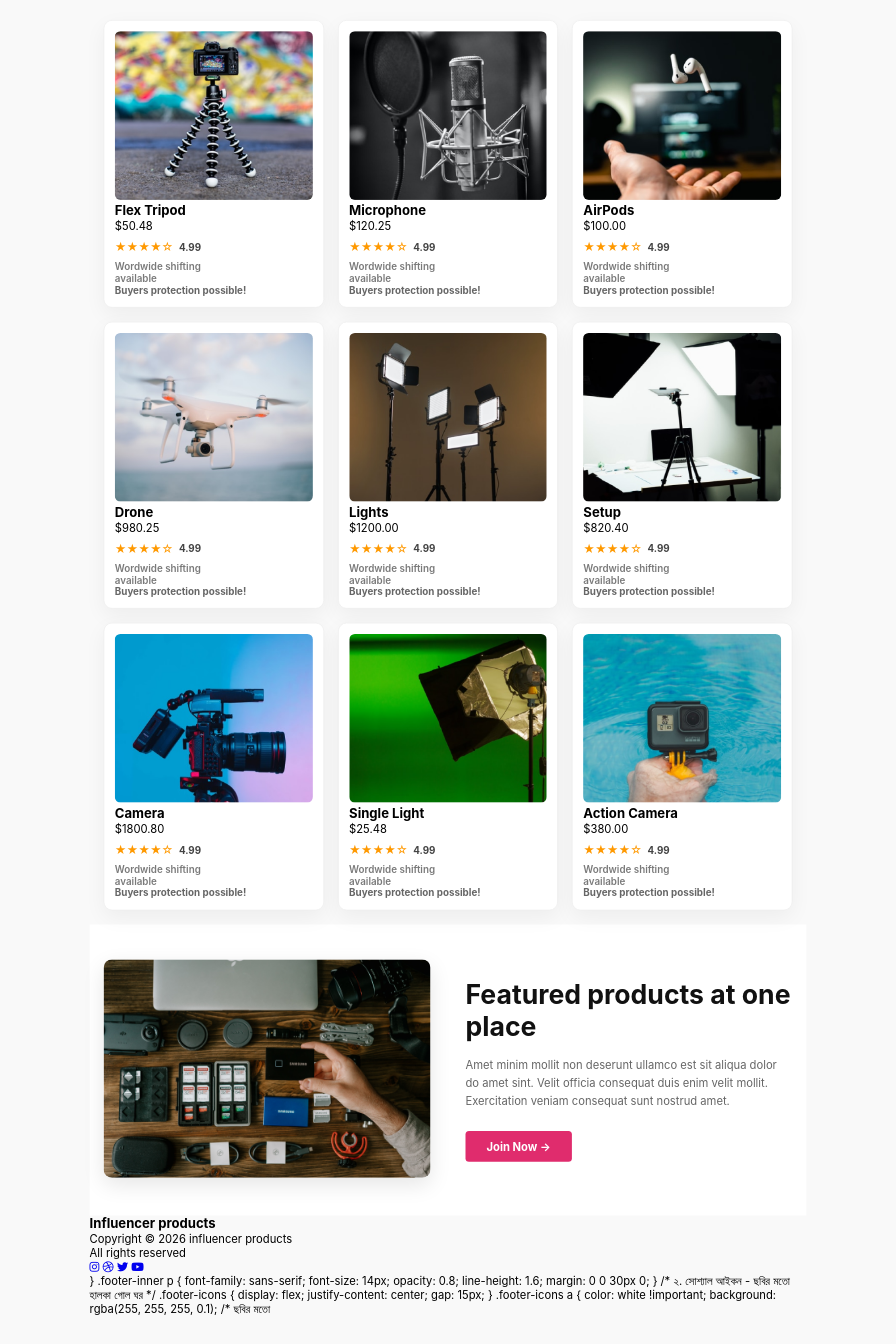
Repository: Saiful21Islam/Influencer-products
Page: it.html
The author's editor kept a copy of each file at every save. The page is drawn from the files as they stood at one save, then again after the next save.
The browser window is 1280 px wide. The pictures show the part of the page from y = 991 to 2911 px (the page is 2911 px tall before and 2871 px after), at 70% of full size.

Above is the page before, as saved 2026-03-11 12:16:13.

### it.html
<!DOCTYPE html>
<html lang="en">

<head>
    <meta charset="UTF-8">
    <meta name="viewport" content="width=device-width, initial-scale=1.0">
    <title>Influencer Products</title>
    <link rel="stylesheet" href="style.css">
    <link rel="stylesheet" href="https://cdnjs.cloudflare.com/ajax/libs/font-awesome/6.0.0/css/all.min.css">
</head>
<style>
    * {
        margin: 0;
        padding: 0;
        box-sizing: border-box;
        font-family: 'Inter', sans-serif;
    }

    body {
        background-color: #f9f9f9;
        padding: 40px 10%;
    }

    .product-grid {
        display: grid;
        grid-template-columns: repeat(3, 1fr);
        gap: 30px;
    }

    .product-card {
        background: #fff;
        padding: 15px;
        border-radius: 12px;
        text-align: left;
        box-shadow: 0 10px 30px rgba(0, 0, 0, 0.05);
        transition: 0.3s;
    }

    .product-card:hover {
        transform: translateY(-5px);
    }

    .thumbnail {
        width: 100%;
        height: auto;
        border-radius: 8px;
        overflow: hidden;
        margin-bottom: 15px;
    }

    .thumbnail img {
        width: 100%;
        height: 100%;
        object-fit: cover;
    }

    .card-content h3 {
        font-size: 22px;
        color: #3A3A3A;
        margin-bottom: 5px;
    }

    .price {
        font-size: 20px;
        font-weight: 500;
        margin-bottom: 10px;
    }

    .rating {
        display: flex;
        align-items: center;
        gap: 5px;
        margin-bottom: 10px;
    }

    .rating i {
        color: #FF9800;
        font-size: 14px;
    }

    .rating-number {
        color: #787885;
        font-size: 14px;
    }

    .desc {
        color: #787885;
        font-size: 14px;
        line-height: 1.5;
    }

    @media (max-width: 768px) {
        .product-grid {

            grid-template-columns: repeat(1, 1fr);
        }
    }
</style>

<body>

    <nav class="navbar">
        <a href="#" class="logo">Influencer products</a>
        <ul class="nav-links">
            <li><a href="#">Home</a></li>
            <li><a href="#">Products</a></li>
            <li><a href="#">Sign up</a></li>
            <li><a href="#">Log In</a></li>
            <div class="nav-icons">
                <i class="fa-solid fa-magnifying-glass"></i>
                <div class="cart-icon"><i class="fa-solid fa-cart-shopping"></i><span class="cart-dot"></span></div>
            </div>
        </ul>
    </nav>

    <header class="hero">
        <div class="hero-content">
            <h1>Start your Journey as Influencer</h1>
            <p>Lorem ipsum dolor sit amet, consectetur adipiscing elit. Sem vestibulum sed scelerisque eros. Lectus
                faucibus.</p>
            <a href="#" class="btn-pink">Preebook now <i class="fa-solid fa-arrow-right"></i></a>
        </div>
        <div class="hero-image-container">
            <img src="images/Circle design.svg" alt="Circle Background" class="circle-image">

            <img src="images/main-camera.png" alt="Fujifilm Camera" class="camera-image">
        </div>
        </div>
        </div>
    </header>

    <section class="brand-section">
        <div class="logos-container">
            <img src="logos/Alibaba.svg" alt="Brands">
            <img src="logos/amazon.svg" alt="Brands">
            <img src="logos/Daraz.pk Logo.svg" alt="Brands">
            <img src="logos/ebay.svg" alt="Brands">
            <img src="logos/Rakuten.svg" alt="Brands">
            <img src="logos/Target.svg" alt="Brands">
            <img src="logos/Walmart.svg" alt="Brands">
        </div>
    </section>

    <section class="collection-section">
        <h2 class="title">Popular Collection</h2>
        <div class="product-container">
            <div class="product-card">
                <img src="images/tripod.png" alt="Tripod">
                <h3>Flex Tripod</h3>
                <p>$50.48</p>
                <div class="stars">
                    ★★★★☆ <span class="rating-num">4.99</span>
                </div>

                <p class="details">Wordwide shifting</p>
                <p class="details">available</p>
                <p class="details">Buyers protection possible!</p>
            </div>

            <div class="product-card">
                <img src="images/mic.png" alt="Microphone">
                <h3>Microphone</h3>
                <p>$120.25</p>
                <div class="stars">
                    ★★★★☆ <span class="rating-num">4.99</span>
                </div>

                <p class="details">Wordwide shifting</p>
                <p class="details">available</p>
                <p class="details">Buyers protection possible!</p>
            </div>

            <div class="product-card">
                <img src="images/airpod.png" alt="airpod">
                <h3>AirPods</h3>
                <p>$100.00</p>
                <div class="stars">
                    ★★★★☆ <span class="rating-num">4.99</span>
                </div>

                <p class="details">Wordwide shifting</p>
                <p class="details">available</p>
                <p class="details">Buyers protection possible!</p>
            </div>

            <div class="product-card">
                <img src="images/drone.png" alt="drone">
                <h3>Drone</h3>
                <p>$980.25</p>
                <div class="stars">
                    ★★★★☆ <span class="rating-num">4.99</span>
                </div>

                <p class="details">Wordwide shifting</p>
                <p class="details">available</p>
                <p class="details">Buyers protection possible!</p>
            </div>

            <div class="product-card">
                <img src="images/lights.png" alt="Lights">
                <h3>Lights</h3>
                <p>$1200.00</p>
                <div class="stars">
                    ★★★★☆ <span class="rating-num">4.99</span>
                </div>

                <p class="details">Wordwide shifting</p>
                <p class="details">available</p>
                <p class="details">Buyers protection possible!</p>
            </div>

            <div class="product-card">
                <img src="images/setup.png" alt="Setup">
                <h3>Setup</h3>
                <p>$820.40</p>
                <div class="stars">
                    ★★★★☆ <span class="rating-num">4.99</span>
                </div>

                <p class="details">Wordwide shifting</p>
                <p class="details">available</p>
                <p class="details">Buyers protection possible!</p>
            </div>

            <div class="product-card">
                <img src="images/camera.png" alt="Camera">
                <h3>Camera</h3>
                <p>$1800.80</p>
                <div class="stars">
                    ★★★★☆ <span class="rating-num">4.99</span>
                </div>

                <p class="details">Wordwide shifting</p>
                <p class="details">available</p>
                <p class="details">Buyers protection possible!</p>
            </div>

            <div class="product-card">
                <img src="images/single-light.png" alt="Single Light">
                <h3>Single Light</h3>
                <p>$25.48</p>
                <div class="stars">
                    ★★★★☆ <span class="rating-num">4.99</span>
                </div>

                <p class="details">Wordwide shifting</p>
                <p class="details">available</p>
                <p class="details">Buyers protection possible!</p>
            </div>

            <div class="product-card">
                <img src="images/action.png" alt="Action Camera">
                <h3>Action Camera</h3>
                <p>$380.00</p>
                <div class="stars">
                    ★★★★☆ <span class="rating-num">4.99</span>
                </div>

                <p class="details">Wordwide shifting</p>
                <p class="details">available</p>
                <p class="details">Buyers protection possible!</p>
            </div>

        </div>
    </section>
    </section>
    <section class="featured-section">
        <div class="featured-container">
            <div class="featured-image">
                <img src="images/gear.png" alt="Featured Gear">
            </div>

            <div class="featured-content">
                <h2>Featured products at one place</h2>
                <p>Amet minim mollit non deserunt ullamco est sit aliqua dolor do amet sint. Velit officia consequat
                    duis enim velit mollit. Exercitation veniam consequat sunt nostrud amet.</p>
                <a href="#" class="join-btn">Join Now &rarr;</a>
            </div>
        </div>
    </section>

    <footer class="simple-footer">
    <div class="footer-inner">
        <h3>Influencer products</h3>
        <p>Copyright © 2026 influencer products <br> All rights reserved</p>

        <div class="footer-icons">
            <a href="#"><i class="fa-brands fa-instagram"></i></a>
            <a href="#"><i class="fa-brands fa-dribbble"></i></a>
            <a href="#"><i class="fa-brands fa-twitter"></i></a>
            <a href="#"><i class="fa-brands fa-youtube"></i></a>
        </div>
    </div>
</footer>


    }

    .footer-inner p {
        font-family: sans-serif;
        font-size: 14px;
        opacity: 0.8;
        line-height: 1.6;
        margin: 0 0 30px 0;
    }

    /* ২. সোশ্যাল আইকন - ছবির মতো হালকা গোল ঘর */
    .footer-icons {
        display: flex;
        justify-content: center;
        gap: 15px;
    }

    .footer-icons a {
        color: white !important;
        background: rgba(255, 255, 255, 0.1); /* ছবির মতো
</body>

</html>

### style.css
.hero {
    display: flex;
    align-items: center;
    justify-content: space-around;
    padding: 50px 10%;
    background-color: #fff;
    min-height: 80vh;
    flex-wrap: wrap;
}

.hero-content {
    flex: 1;
    min-width: 300px;
}

.hero-content h1 {
    font-size: 52px;
    line-height: 1.2;
    margin-bottom: 20px;
    color: #3A3A3A;
}

.hero-content p {
    font-size: 16px;
    color: #6C6C6C;
    margin-bottom: 30px;
    max-width: 450px;
}

.btn-pink {
    background-color: #E02C6D;
    color: white;
    padding: 12px 25px;
    text-decoration: none;
    border-radius: 50px;
    font-weight: bold;
    display: inline-block;
}

.hero-image-container {
    flex: 1;
    position: relative;
    display: flex;
    justify-content: center;
    align-items: center;
    min-width: 300px;
}

.camera-image {
    width: 100%;
    max-width: 450px;
    position: relative;
    z-index: 2;
}

.circle-image {
    position: absolute;
    width: 110%;
    z-index: 1;
}

@media (max-width: 768px) {
    .hero {
        flex-direction: column-reverse;
        text-align: center;
        padding: 30px 5%;
    }
    .hero-content {
        margin-top: 30px;
    }
    .hero-content h1 {
        font-size: 32px;
    }
    .hero-image-container {
        width: 100%;
    }
    .camera-image {
        max-width: 300px;
    }
}
{
    margin: 0;
    padding: 0;
    box-sizing: border-box;
    font-family: 'Inter', sans-serif;
}

/* Navbar */
.navbar {
    display: flex;
    justify-content: space-between;
    padding: 20px 10%;
    align-items: center;
}
.logo { font-size: 24px; font-weight: bold; color: #3A3A3A; text-decoration: none; }
.nav-links { display: flex; list-style: none; align-items: center; }
.nav-links li { margin-left: 25px; }
.nav-links a { text-decoration: none; color: #3A3A3A; font-weight: 500; }
.nav-icons { display: flex; margin-left: 20px; gap: 20px; font-size: 18px; }

/* Hero */
.hero {
    display: flex;
    padding: 50px 10%;
    align-items: center;
}
.hero-content h1 { font-size: 52px; color: #3A3A3A; margin-bottom: 15px; }
.btn-pink {
    background: #E02C6D;
    color: white;
    padding: 10px 25px;
    border-radius: 50px;
    text-decoration: none;
    display: inline-block;
    margin-top: 20px;
}
.hero-image img { width: 400px; }

/* Brands */
.brand-section {
    padding: 40px 10%;
    border-top: 1px solid #eee;
    border-bottom: 1px solid #eee;
    margin: 50px 0;
}

.logos-container {
    display: flex;
    justify-content: space-between;
    align-items: center;
    flex-wrap: wrap;
}

.logos-container img {
    height: 35px;
    width: auto;
}

.hero-image-container {
    position: relative;
    width: 500px;
    height: 500px;
    display: flex;
    justify-content: center;
    align-items: center;
}

.circle-image {
    position: absolute;
    width: 450px;
    height: auto;
    z-index: 1;
    opacity: 0.8;
}
.camera-image {
    position: relative;
    width: 100%;
    max-width: 480px;
    z-index: 2;
    filter: drop-shadow(0 20px 30px rgba(0,0,0,0.1));
}

.product-container {
  display: flex;
  flex-wrap: wrap;
  gap: 20px;
  justify-content: center;
  padding: 20px;
}

.product-card {
  flex: 1 1 310px;
  max-width: 350px;
  background: #fff;
  border: 1px solid #eee;
  border-radius: 12px;
  padding: 15px;
  box-shadow: 0 5px 15px rgba(0,0,0,0.05);
  transition: transform 0.3s ease;
}

.product-card:hover {
  transform: translateY(-5px);
}

.product-card img {
  width: 100%;
  height: auto;
  border-radius: 8px;
}

@media (max-width: 768px) {
  .product-container {
    gap: 15px;
    padding: 10px;
  }
}

@media (max-width: 480px) {
  .product-card {
    flex: 1 1 100%;
    max-width: 100%;
    margin: 0 auto;
  }
}

.stars {
    display: flex;
    align-items: center;
    color: #FF9900;
    font-size: 16px;
    margin: 10px 0;
}

.star-half {
    position: relative;
    display: inline-block;
    color: #ccc;
}

.star-half::after {
    content: '★';
    position: absolute;
    left: 0;
    top: 0;
    width: 50%;
    overflow: hidden;
    color: #FF9900;
}

.rating-num {
    color: #444;
    font-size: 14px;
    font-weight: bold;
    margin-left: 8px;
}

.details {
    font-size: 14px;
    color: #7a7a7a;
    margin: 0;
    line-height: 1.2;
    font-weight: 600;
}

.details:last-child {
    font-weight: 700;
    color: #666;
}

.title {
    text-align: center;
    font-size: 28px;
    font-weight: 700;
    color: #333;
    margin-bottom: 40px;
}

.featured-section {
    padding: 50px 20px;
    background-color: #fff;
}

.featured-container {
    max-width: 1100px;
    margin: 0 auto;
    display: flex;
    align-items: center;
    gap: 50px;

.featured-image {
    flex: 1;
}

.featured-image img {
    width: 100%;
    border-radius: 12px;
    box-shadow: 0 10px 30px rgba(0,0,0,0.1);
}

.featured-content {
    flex: 1;
}

.featured-content h2 {
    font-size: 38px;
    color: #111;
    margin-bottom: 20px;
}

.featured-content p {
    font-size: 16px;
    color: #666;
    line-height: 1.6;
    margin-bottom: 30px;
}

.join-btn {
    display: inline-block;
    background-color: #E02C6D;
    color: white;
    padding: 12px 30px;
    text-decoration: none;
    font-weight: bold;
    border-radius: 5px;
    transition: 0.3s;
}

.join-btn:hover {
    background-color: #c2255c;
}

@media (max-width: 768px) {
    .featured-container {
        flex-direction: column;
        text-align: center;
        gap: 30px;
    }
    .featured-content h2 {
        font-size: 28px;
    }
}

After the next save:
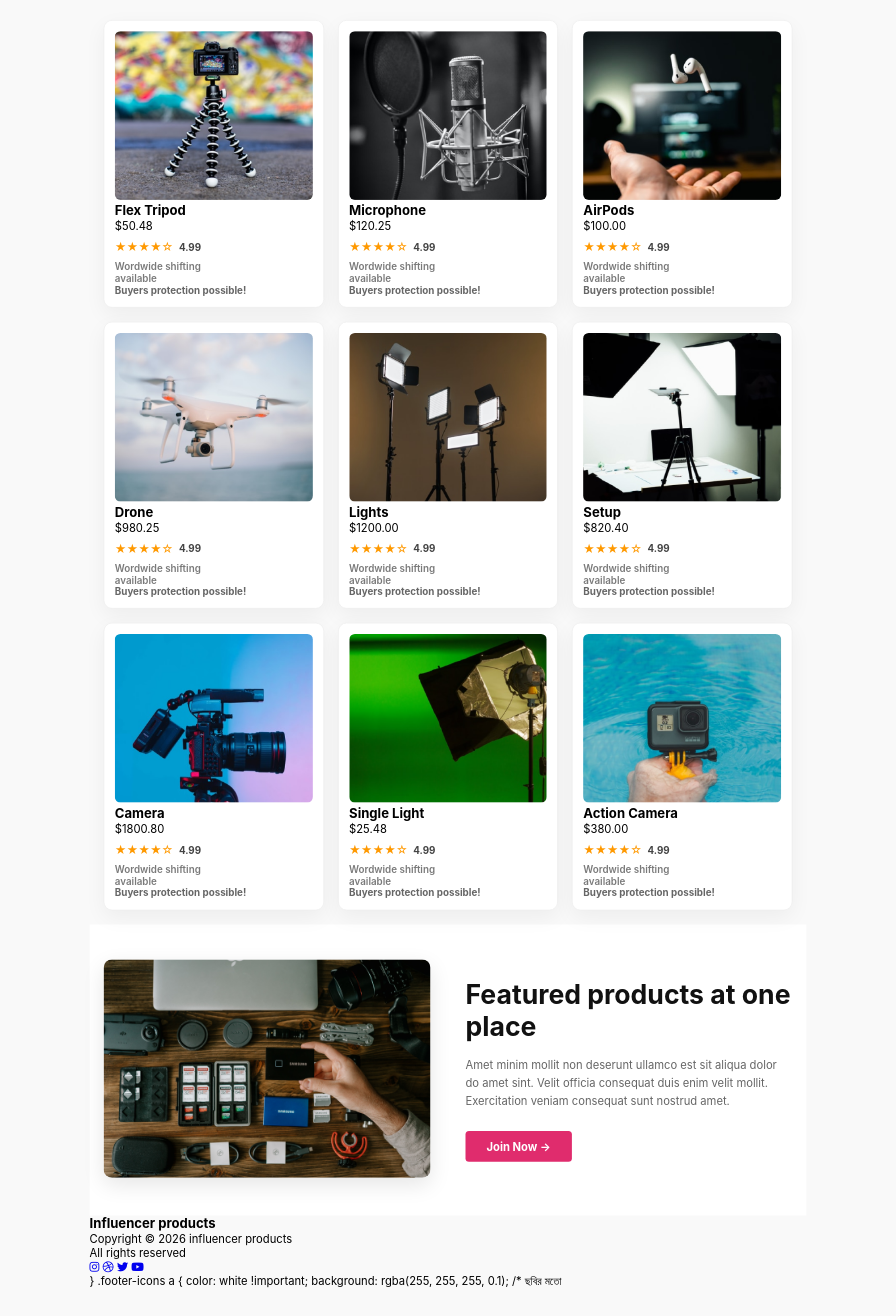
Saved 4 s later.
--- a/it.html
+++ b/it.html
@@ -296,21 +296,6 @@
 
     }
 
-    .footer-inner p {
-        font-family: sans-serif;
-        font-size: 14px;
-        opacity: 0.8;
-        line-height: 1.6;
-        margin: 0 0 30px 0;
-    }
-
-    /* ২. সোশ্যাল আইকন - ছবির মতো হালকা গোল ঘর */
-    .footer-icons {
-        display: flex;
-        justify-content: center;
-        gap: 15px;
-    }
-
     .footer-icons a {
         color: white !important;
         background: rgba(255, 255, 255, 0.1); /* ছবির মতো
